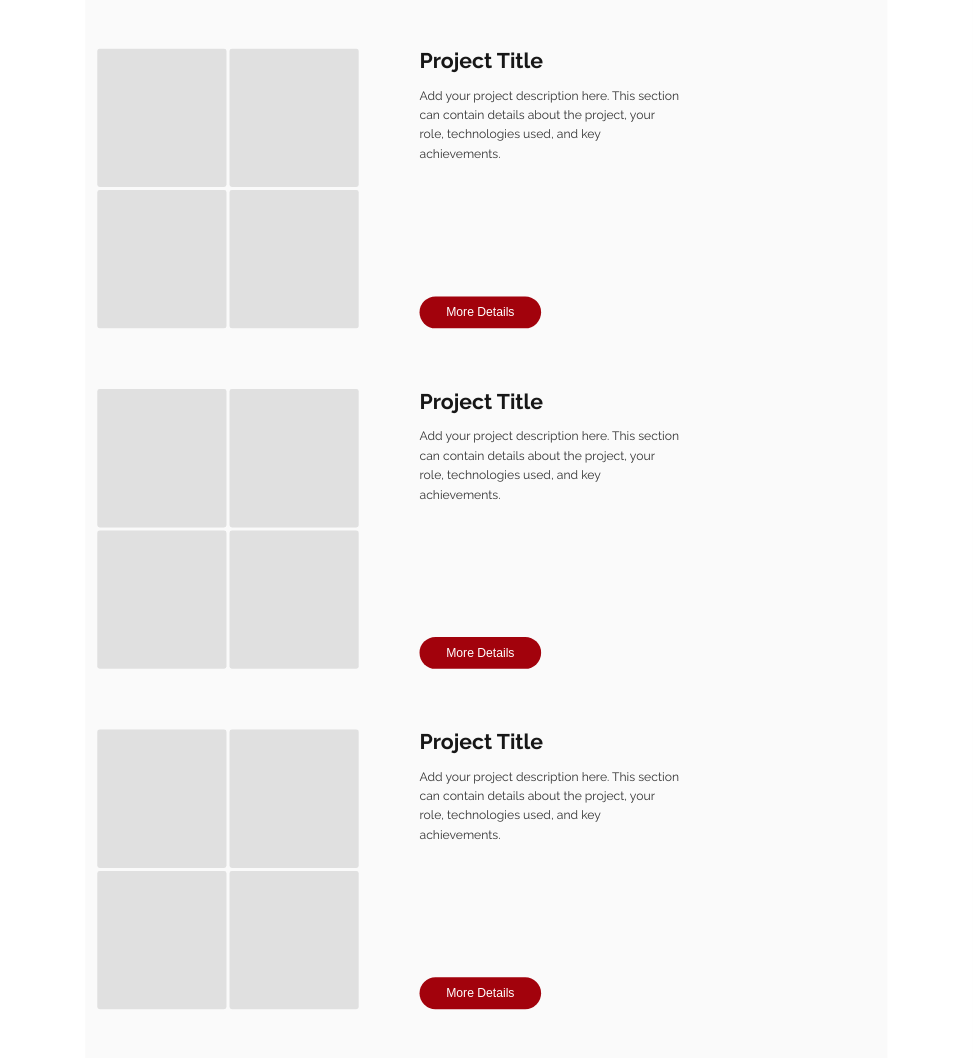
Repository: Micaelavalmores/Micaela-Portfolio
Page: /home-page
The author's editor kept a copy of each file at every save. The page is drawn from the files as they stood at one save, then again after the next save.
The browser window is 1280 px wide. The pictures show the whole page, at 76% of full size.
The project was rebuilt for these pictures with package versions that can differ from the ones it lists, and the page was loaded fresh each time. The framework's server and built-in components were replaced by stand-ins that run in the browser. Also part of the build but not shown: next.config.mjs.

Above is the page before, as saved 2026-01-26 21:56:15.

### app/layout.js

import { Geist } from "next/font/google";
import { Raleway } from "next/font/google";
import "./globals.css";

const geistSans = Geist({
  variable: "--font-geist-sans",
  subsets: ["latin"],
});

const raleway = Raleway({
  variable: "--font-raleway",
  subsets: ["latin"],
});



export const metadata = {
  title: "Micaela Valmores",
  description: "Generated by create next app",
  icons: {
    icon: "/logos/micaela-logo.svg",
  },
};

export default function RootLayout({ children }) {
  return (
    <html lang="en">
      <body className={`${raleway.variable}`}>
        {children}
      </body>
    </html>
  );
}

### app/home-page/page.js
import Link from 'next/link'
import styles from '../page.module.css'
import FtProj from '../components/FtProj'

export default function HomePage() {
  return (
    <main className={styles.page}>
      <div className='Proj-sec'>
        <FtProj />
        <FtProj />
        <FtProj />
      </div>
    </main>
  )
}

### app/globals.css
:root {
  --background: #ffffff;
  --foreground: #171717;
  --font-ghaista: 'Ghaista', var(--font-raleway);
}

@font-face {
  font-family: 'Ghaista';
  src: url('/fonts/Ghaitsa.ttf') format('truetype');
  font-weight: 400;
  font-style: normal;
  font-display: swap;
}

@media (prefers-color-scheme: dark) {
  :root {
    --background: #0a0a0a;
    --foreground: #ededed;
  }
}

html,
body {
  max-width: 100vw;
  overflow-x: hidden;
}

body {
  color: var(--foreground);
  background: var(--background);
  font-family: var(--font-raleway);
  -webkit-font-smoothing: antialiased;
  -moz-osx-font-smoothing: grayscale;
}

* {
  box-sizing: border-box;
  padding: 0;
  margin: 0;
}

a {
  color: inherit;
  text-decoration: none;
}

@media (prefers-color-scheme: dark) {
  html {
    color-scheme: dark;
  }
}

/* Horizontal page margins */
body {
  margin-left: 10rem;
  margin-right: 10rem;
}

/* Tablet: screens between iPhone and iPad */
@media (min-width: 430px) and (max-width: 1024px) {
  body {
    margin-left: 4rem;
    margin-right: 4rem;
  }
}

/* iPad Pro 13in — reduce margins to 7rem */
@media (min-width: 1024px) and (max-width: 1366px) {
  body {
    margin-left: 7rem;
    margin-right: 7rem;
  }
}

/* Mobile horizontal margins: any width smaller than 430px */
@media (max-width: 430px) {
  body {
    margin-left: 3rem;
    margin-right: 3rem;
  }
}

### app/page.module.css
.page {
  --background: #fafafa;
  --foreground: #fff;

  --text-primary: #000;
  --text-secondary: #666;

  --button-primary-hover: #383838;
  --button-secondary-hover: #f2f2f2;
  --button-secondary-border: #ebebeb;

  display: grid;
  grid-template-columns: 1fr;
  min-height: 100vh;
  font-family: var(--font-geist-sans);
  background-color: var(--background);
}

.Proj-sec {
  display: flex;
  flex-direction: column;
  align-items: center;
  gap: 2rem;
  padding: 2rem;
}

.main {
  display: flex;
  min-height: 100vh;
  width: 100%;
  max-width: 800px;
  flex-direction: column;
  align-items: flex-start;
  justify-content: space-between;
  background-color: var(--foreground);
  padding: 120px 60px;
}

.intro {
  display: flex;
  flex-direction: column;
  align-items: flex-start;
  text-align: left;
  gap: 24px;
}

.intro h1 {
  max-width: 320px;
  font-size: 40px;
  font-weight: 600;
  line-height: 48px;
  letter-spacing: -2.4px;
  text-wrap: balance;
  color: var(--text-primary);
}

.intro p {
  max-width: 440px;
  font-size: 18px;
  line-height: 32px;
  text-wrap: balance;
  color: var(--text-secondary);
}

.intro a {
  font-weight: 500;
  color: var(--text-primary);
}

.ctas {
  display: flex;
  flex-direction: row;
  width: 100%;
  max-width: 440px;
  gap: 16px;
  font-size: 14px;
}

.ctas a {
  display: flex;
  justify-content: center;
  align-items: center;
  height: 40px;
  padding: 0 16px;
  border-radius: 128px;
  border: 1px solid transparent;
  transition: 0.2s;
  cursor: pointer;
  width: fit-content;
  font-weight: 500;
}

a.primary {
  background: var(--text-primary);
  color: var(--background);
  gap: 8px;
}

a.secondary {
  border-color: var(--button-secondary-border);
}

/* Enable hover only on non-touch devices */
@media (hover: hover) and (pointer: fine) {
  a.primary:hover {
    background: var(--button-primary-hover);
    border-color: transparent;
  }

  a.secondary:hover {
    background: var(--button-secondary-hover);
    border-color: transparent;
  }
}

@media (max-width: 600px) {
  .main {
    padding: 48px 24px;
  }

  .intro {
    gap: 16px;
  }

  .intro h1 {
    font-size: 32px;
    line-height: 40px;
    letter-spacing: -1.92px;
  }
}

@media (prefers-color-scheme: dark) {
  .logo {
    filter: invert();
  }

  .page {
    --background: #000;
    --foreground: #000;

    --text-primary: #ededed;
    --text-secondary: #999;

    --button-primary-hover: #ccc;
    --button-secondary-hover: #1a1a1a;
    --button-secondary-border: #1a1a1a;
  }
}

### app/components/FtProj.js
import styles from './FtProj.module.css';

export default function FtProj() {
  return (
    <div className={styles.container}>
      {/* Left Column - Image Placeholders */}
      <div className={styles.imagesColumn}>
        <div className={styles.imagePlaceholder}></div>
        <div className={styles.imagePlaceholder}></div>
        <div className={styles.imagePlaceholder}></div>
        <div className={styles.imagePlaceholder}></div>
      </div>

      {/* Right Column - Text */}
      <div className={styles.textColumn}>
        <div className={styles.textContent}>
          <h2>Project Title</h2>
          <p>Add your project description here. This section can contain details about the project, your role, technologies used, and key achievements.</p>
        </div>
        <button>More Details</button>
      </div>
    </div>
  );
}

### app/components/FtProj.module.css
.container {
  width: 50rem;
  height: 25rem;
  display: grid;
  grid-template-columns: 1fr 1fr;
  gap: 5rem;
  padding: 1rem;
  margin: 3rem 0;
}

.imagesColumn {
  display: grid;
  grid-template-columns: 1fr 1fr;
  gap: 0.2rem;
}

.imagePlaceholder {
  width: 100%;
  height: 100%;
  background-color: #e0e0e0;
  border-radius: 0.2rem;
}

.textColumn {
  display: grid;
  grid-template-rows: 1fr auto;
  gap: 2rem;
}

.textContent {
  display: flex;
  flex-direction: column;
}

.textColumn h2 {
  margin: 0 0 1rem 0;
  font-size: 1.75rem;
}

.textColumn p {
  margin: 0;
  line-height: 1.6;
  color: #333;
  font-size: 1rem;
}

.textColumn button {
  align-self: start;
  width: 10rem;
  padding: 0.75rem 1.5rem;
  background-color: #A2020C;
  color: #fff;
  border: none;
  border-radius: 5rem;
  font-size: 1rem;
  cursor: pointer;
}

.textColumn button:hover {
  background-color: #b62d36;
}

After the next save:
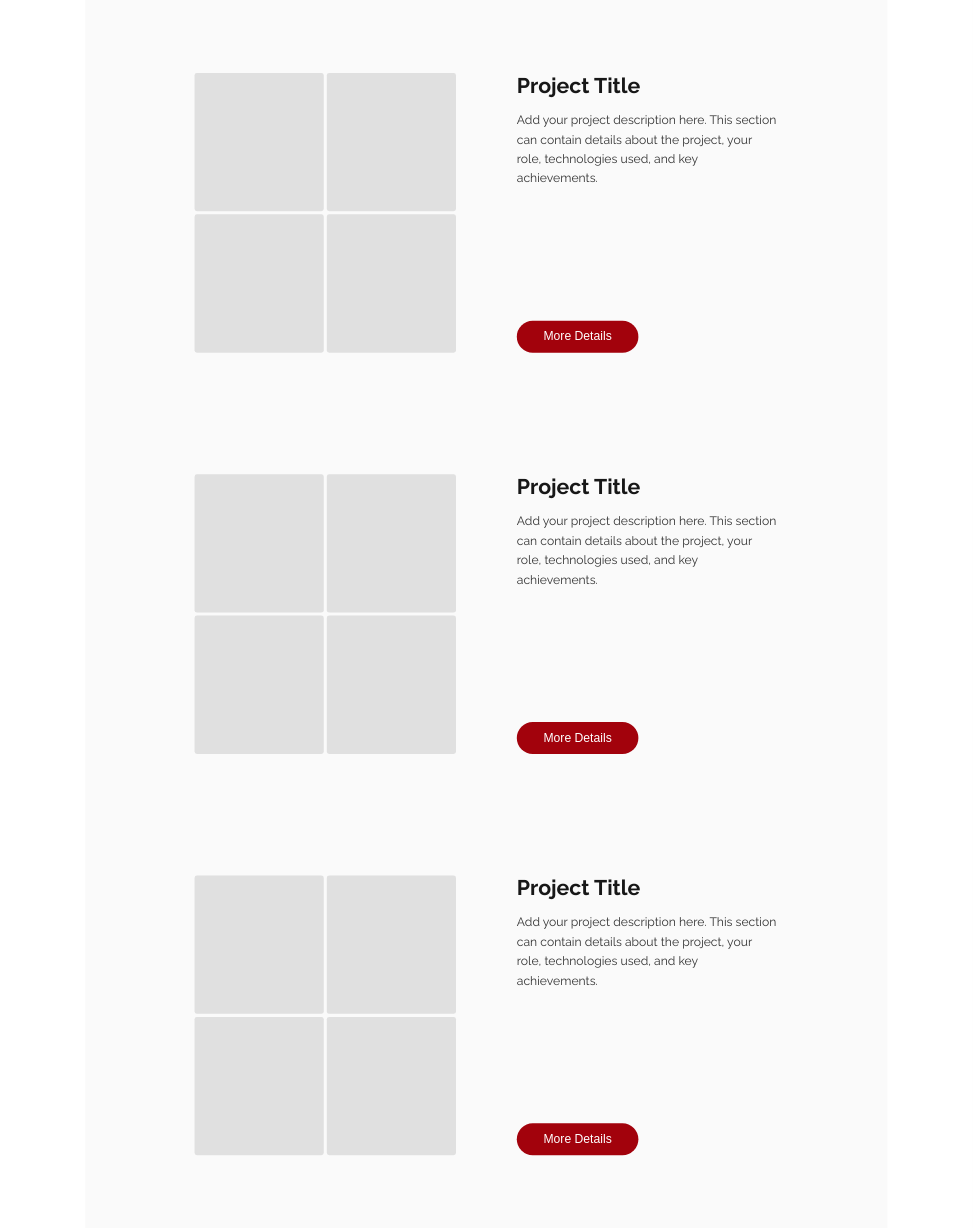
Saved 2 s later.
--- a/app/home-page/page.js
+++ b/app/home-page/page.js
@@ -5,7 +5,7 @@ import FtProj from '../components/FtProj'
 export default function HomePage() {
   return (
     <main className={styles.page}>
-      <div className='Proj-sec'>
+      <div className={styles['Proj-sec']}>
         <FtProj />
         <FtProj />
         <FtProj />
